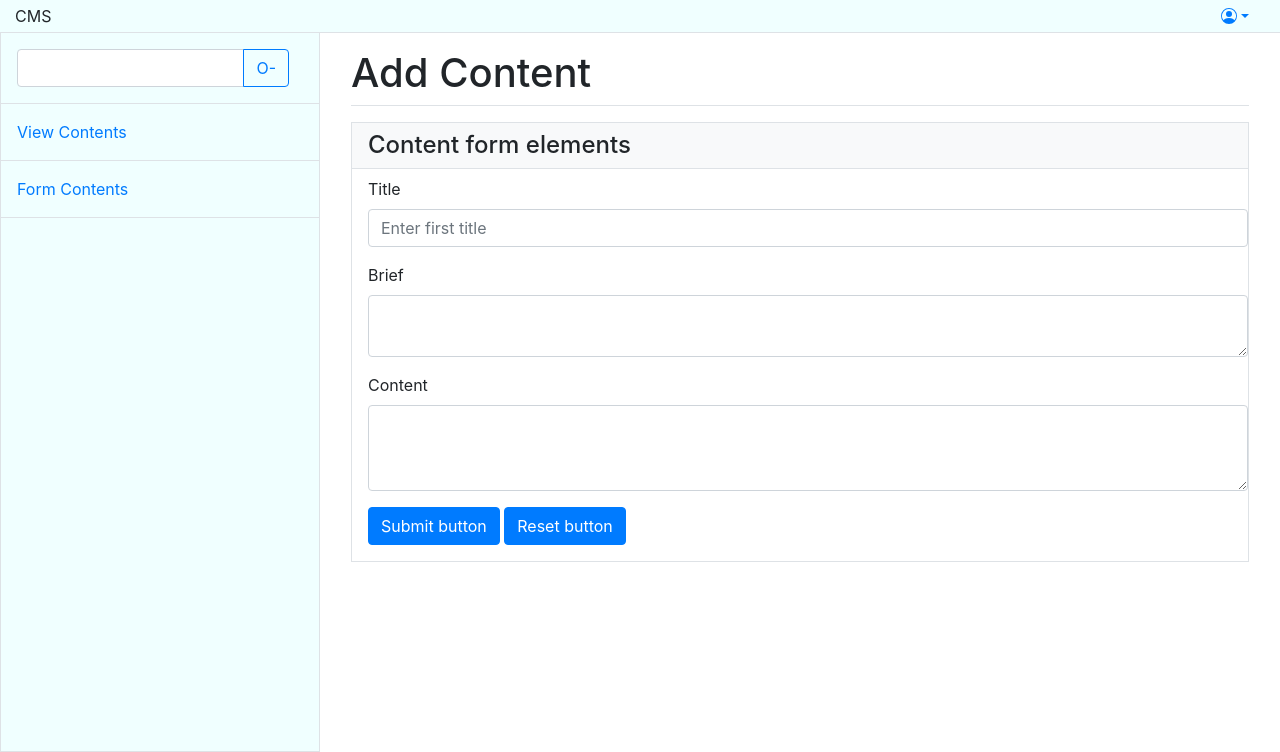
Repository: Thiuannh/springboot
Page: http://localhost/JACKMVC/WEB-INF/views/form-conten.jsp
These files come from the project's save history. The page is drawn as it stood at one moment and after the next save; the edit follows.
The browser window is 1280 px wide. The pictures show the whole page.
The page is served by Tomcat 9. Nobody is signed in. The template is opened directly, without the code that normally fills it, so the values that code supplies are empty.

Above is the page before, as saved 2022-11-21 18:20:37.

After the next save:
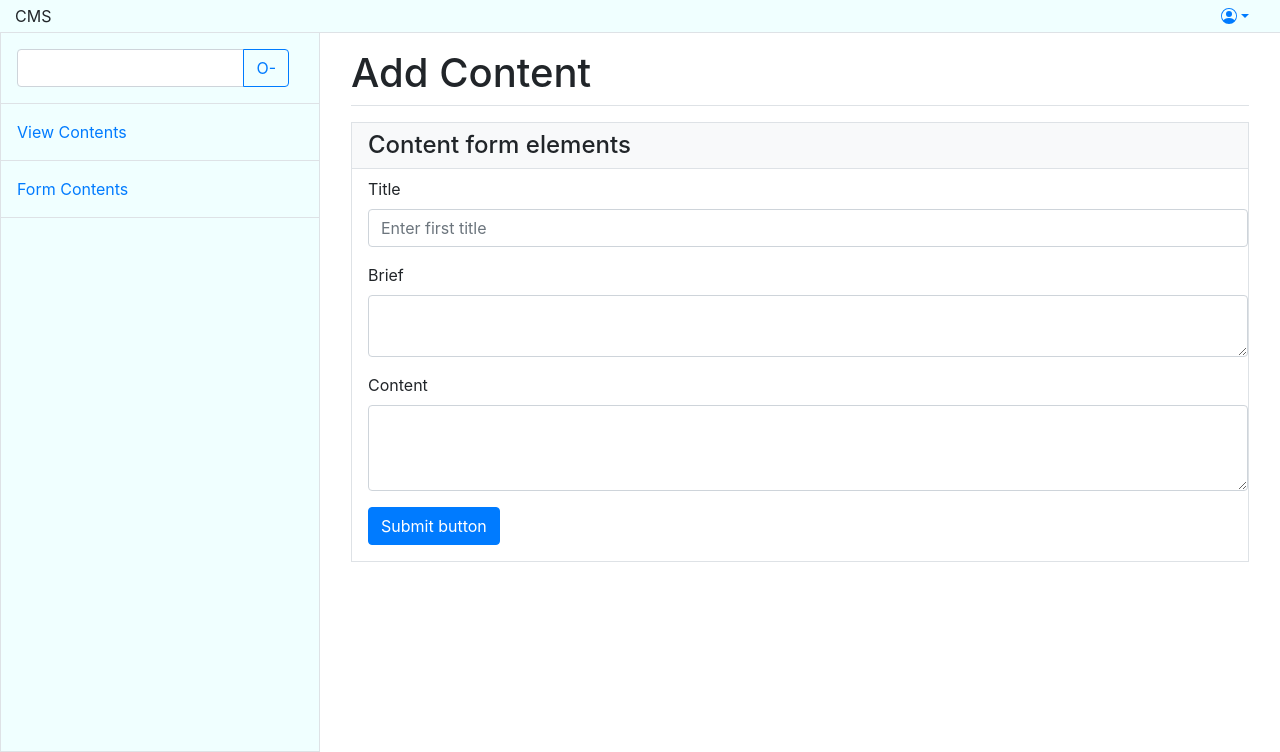
Saved 9 s later.
--- a/JACKMVC/src/main/webapp/WEB-INF/views/form-conten.jsp
+++ b/JACKMVC/src/main/webapp/WEB-INF/views/form-conten.jsp
@@ -100,8 +100,6 @@
 							</div>
 							<button type="submit" class="btn btn-primary">Submit
 								button</button>
-							<button type="submit" class="btn btn-primary">Reset
-								button</button>
 						</form>
 					</div>
 
